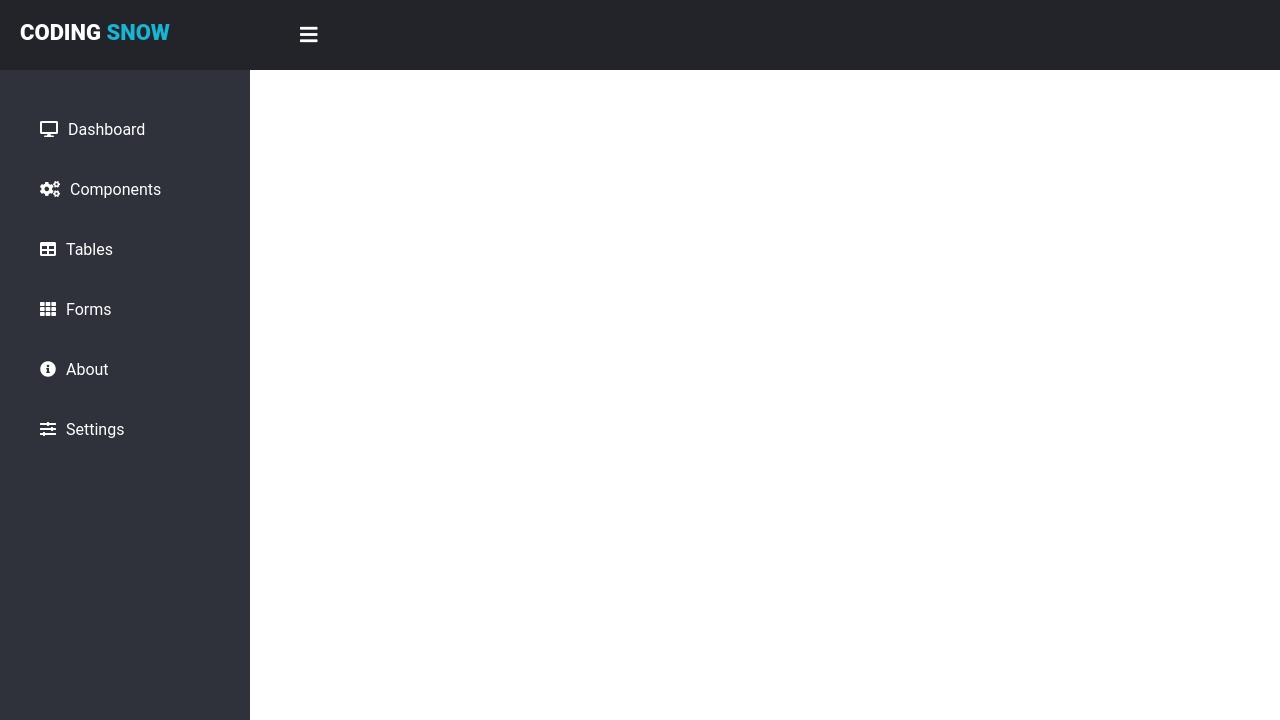
Repository: khanhdiii/DisplayHTML
Page: Sidebar/index.html
An editor plug-in stored every save of this project. The page is shown before and after the next save, followed by the edit.
The browser window is 1280 px wide. The pictures show the whole page.
Some web libraries are served in a nearby version.

Above is the page before, as saved 2021-10-02 16:15:45.

### Sidebar/index.html
<!DOCTYPE html>
<html lang="en" dir="ltr">
    <head>
        <meta charset="utf-8">
        <meta name="viewport" content="width=device-width, initial-scale=1.0">
        <title>Responsive Sidebar Dashboard Template</title>
        <link rel="stylesheet" href="styles.css">
        <link rel="stylesheet"
            href="https://cdnjs.cloudflare.com/ajax/libs/font-awesome/5.12.1/css/all.min.css">
        <script src="https://cdnjs.cloudflare.com/ajax/libs/jquery/3.5.1/jquery.min.js"
            charset="utf-8"></script>
    </head>
    <body>

        <input type="checkbox" id="check">
        <!--header area start-->
        <header>
            <label for="check">
                <i class="fas fa-bars" id="sidebar_btn"></i>
            </label>
            <div class="left_area">
                <h3>Coding <span>Snow</span></h3>
            </div>

        </header>
        <!--header area end-->
        <!--mobile navigation bar start-->

        <div class="sidebar">

            <a href="#"><i class="fas fa-desktop"></i><span>Dashboard</span></a>
            <a href="#"><i class="fas fa-cogs"></i><span>Components</span></a>
            <a href="#"><i class="fas fa-table"></i><span>Tables</span></a>
            <a href="#"><i class="fas fa-th"></i><span>Forms</span></a>
            <a href="#"><i class="fas fa-info-circle"></i><span>About</span></a>
            <a href="#"><i class="fas fa-sliders-h"></i><span>Settings</span></a>
        </div>
        <!--sidebar end-->




        <script type="text/javascript">
    $(document).ready(function(){
      $('.nav_btn').click(function(){
        $('.mobile_nav_items').toggleClass('active');
      });
    });
    </script>
    </body>
</html>

### Sidebar/styles.css
body {
  margin: 0;
  padding: 0;
  font-family: "Roboto", sans-serif;
}

header {
  z-index: 1;
  position: fixed;
  background: #22242a;
  padding: 20px;
  width: calc(100% - 0%);
  top: 0;
  height: 30px;
}

.left_area h3 {
  color: #fff;
  margin: 0;
  text-transform: uppercase;
  font-size: 22px;
  font-weight: 900;
}

.left_area span {
  color: #19b3d3;
}

.logout_btn {
  padding: 5px;
  background: #19b3d3;
  text-decoration: none;
  float: right;
  margin-top: -30px;
  margin-right: 40px;
  border-radius: 2px;
  font-size: 15px;
  font-weight: 600;
  color: #fff;
  transition: 0.5s;
  transition-property: background;
}

.logout_btn:hover {
  background: #0b87a6;
}

.sidebar {
  z-index: 1;
  top: 0;
  background: #2f323a;
  margin-top: 70px;
  padding-top: 30px;
  position: fixed;
  left: 0;
  width: 250px;
  height: calc(100% - 9%);
  transition: 0.5s;
  transition-property: left;
  overflow-y: auto;
}

.profile_info {
  display: flex;
  flex-direction: column;
  justify-content: center;
  align-items: center;
}

.sidebar .profile_info .profile_image {
  width: 100px;
  height: 100px;
  border-radius: 100px;
  margin-bottom: 10px;
}

.sidebar .profile_info h4 {
  color: #ccc;
  margin-top: 0;
  margin-bottom: 20px;
}

.sidebar a {
  color: #fff;
  display: block;
  width: 100%;
  line-height: 60px;
  text-decoration: none;
  padding-left: 40px;
  box-sizing: border-box;
  transition: 0.5s;
  transition-property: background;
}

.sidebar a:hover {
  background: #19b3d3;
}

.sidebar i {
  padding-right: 10px;
}

label #sidebar_btn {
  z-index: 1;
  color: #fff;
  position: fixed;
  cursor: pointer;
  left: 300px;
  font-size: 20px;
  margin: 5px 0;
  transition: 0.5s;
  transition-property: color;
}

label #sidebar_btn:hover {
  color: #19b3d3;
}

#check:checked ~ .sidebar {
  left: -185px;
}

#check:checked ~ .sidebar a span {
  display: none;
}

#check:checked ~ .sidebar a {
  font-size: 20px;
  margin-left: 165px;
  width: 100%;
}

.content {
  width: (100% - 250px);
  margin-top: 60px;
  padding: 20px;
  margin-left: 250px;
  background: url(background.png) no-repeat;
  background-position: center;
  background-size: cover;
  height: 100vh;
  transition: 0.5s;
}

#check:checked ~ .content {
  margin-left: 60px;
}

#check:checked ~ .sidebar .profile_info {
  display: none;
}

#check {
  display: none;
}

.mobile_nav {
  display: none;
}

.content .card p {
  background: #fff;
  padding: 15px;
  margin-bottom: 10px;
  font-size: 14px;
  opacity: 0.8;
}

/* Responsive CSS */

@media screen and (max-width: 780px) {
  .sidebar {
    display: none;
  }

  #sidebar_btn {
    display: none;
  }

  .content {
    margin-left: 0;
    margin-top: 0;
    padding: 10px 20px;
    transition: 0s;
  }

  #check:checked ~ .content {
    margin-left: 0;
  }

  .mobile_nav {
    display: block;
    width: calc(100% - 0%);
  }

  .nav_bar {
    background: #222;
    width: (100% - 0px);
    margin-top: 70px;
    display: flex;
    justify-content: space-between;
    align-items: center;
    padding: 10px 20px;
  }

  .nav_bar .mobile_profile_image {
    width: 50px;
    height: 50px;
    border-radius: 50%;
  }

  .nav_bar .nav_btn {
    color: #fff;
    font-size: 22px;
    cursor: pointer;
    transition: 0.5s;
    transition-property: color;
  }

  .nav_bar .nav_btn:hover {
    color: #19b3d3;
  }

  .mobile_nav_items {
    background: #2f323a;
    display: none;
  }

  .mobile_nav_items a {
    color: #fff;
    display: block;
    text-align: center;
    letter-spacing: 1px;
    line-height: 60px;
    text-decoration: none;
    box-sizing: border-box;
    transition: 0.5s;
    transition-property: background;
  }

  .mobile_nav_items a:hover {
    background: #19b3d3;
  }

  .mobile_nav_items i {
    padding-right: 10px;
  }

  .active {
    display: block;
  }
}

After the next save:
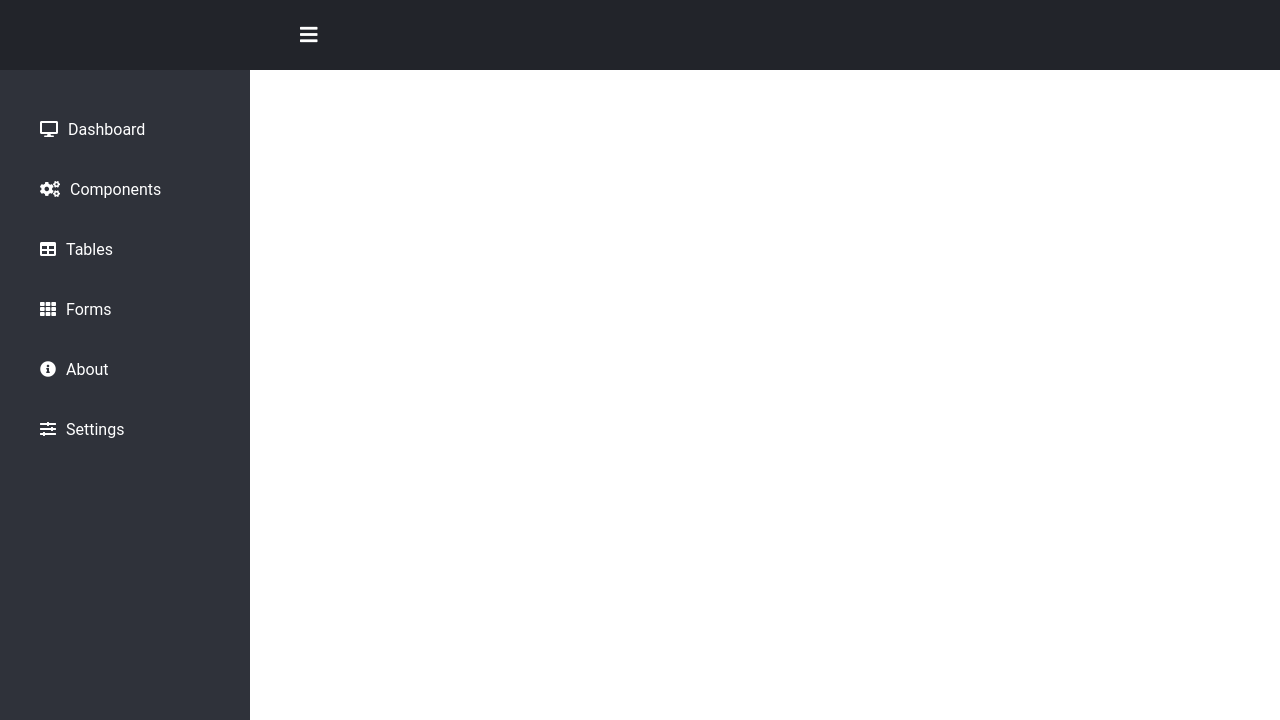
Saved 15 s later.
--- a/Sidebar/index.html
+++ b/Sidebar/index.html
@@ -18,9 +18,7 @@
             <label for="check">
                 <i class="fas fa-bars" id="sidebar_btn"></i>
             </label>
-            <div class="left_area">
-                <h3>Coding <span>Snow</span></h3>
-            </div>
+
 
         </header>
         <!--header area end-->
